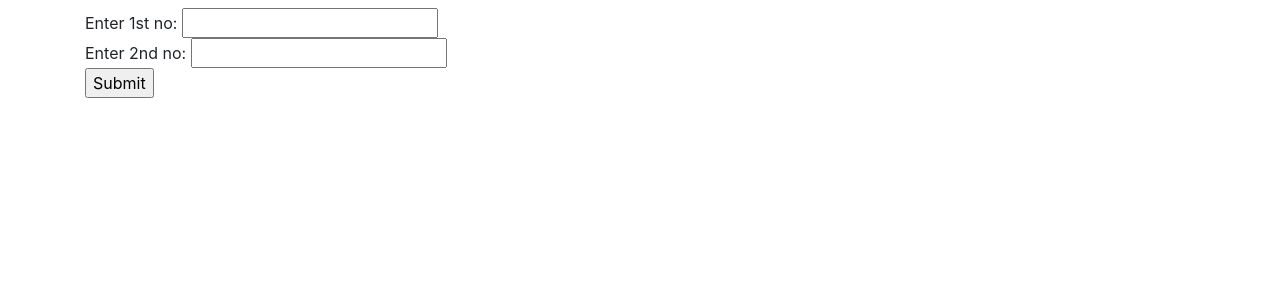
Repository: zinmyoswe/Learning-JSP-and-Servlet
Page: DemoApp/WebContent/index.html
The author's editor kept a copy of each file at every save. The page is drawn from the files as they stood at one save, then again after the next save.
The browser window is 1280 px wide. The pictures show the whole page.

Above is the page before, as saved 2019-12-11 11:07:22.

### DemoApp/WebContent/index.html
<!doctype html>
<html lang="en">
  <head>
    <!-- Required meta tags -->
    <meta charset="utf-8">
    <meta name="viewport" content="width=device-width, initial-scale=1, shrink-to-fit=no">

    <!-- Bootstrap CSS -->
    <link rel="stylesheet" href="https://stackpath.bootstrapcdn.com/bootstrap/4.4.1/css/bootstrap.min.css" integrity="sha384-Vkoo8x4CGsO3+Hhxv8T/Q5PaXtkKtu6ug5TOeNV6gBiFeWPGFN9MuhOf23Q9Ifjh" crossorigin="anonymous">

    <title>Hello, world!</title>
  </head>
  <body>
    <div class="container mt-2">
    	<div class="row">
    		<div class="col-lg-12">
    		  <form action="add">
    		  	Enter 1st no: <input type="text" name="num1"><br>
    		  	Enter 2nd no: <input type="text" name="num2"><br>

    		  	<input type="submit">
    		  </form>
    		</div>
    	</div>
    </div>

    <!-- Optional JavaScript -->
    <!-- jQuery first, then Popper.js, then Bootstrap JS -->
    <script src="https://code.jquery.com/jquery-3.4.1.slim.min.js" integrity="sha384-J6qa4849blE2+poT4WnyKhv5vZF5SrPo0iEjwBvKU7imGFAV0wwj1yYfoRSJoZ+n" crossorigin="anonymous"></script>
    <script src="https://cdn.jsdelivr.net/npm/popper.js@1.16.0/dist/umd/popper.min.js" integrity="sha384-Q6E9RHvbIyZFJoft+2mJbHaEWldlvI9IOYy5n3zV9zzTtmI3UksdQRVvoxMfooAo" crossorigin="anonymous"></script>
    <script src="https://stackpath.bootstrapcdn.com/bootstrap/4.4.1/js/bootstrap.min.js" integrity="sha384-wfSDF2E50Y2D1uUdj0O3uMBJnjuUD4Ih7YwaYd1iqfktj0Uod8GCExl3Og8ifwB6" crossorigin="anonymous"></script>
  </body>
</html>

After the next save:
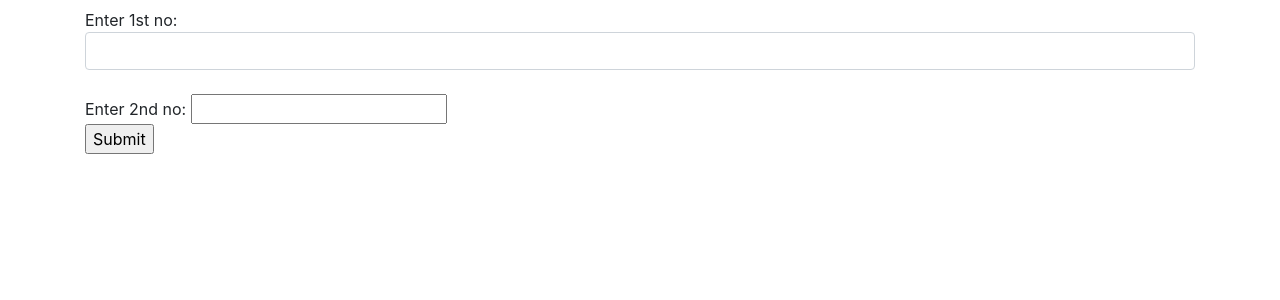
Saved 16 s later.
--- a/DemoApp/WebContent/index.html
+++ b/DemoApp/WebContent/index.html
@@ -15,7 +15,7 @@
     	<div class="row">
     		<div class="col-lg-12">
     		  <form action="add">
-    		  	Enter 1st no: <input type="text" name="num1"><br>
+    		  	Enter 1st no: <input type="text" name="num1" class="form-control"><br>
     		  	Enter 2nd no: <input type="text" name="num2"><br>
 
     		  	<input type="submit">
